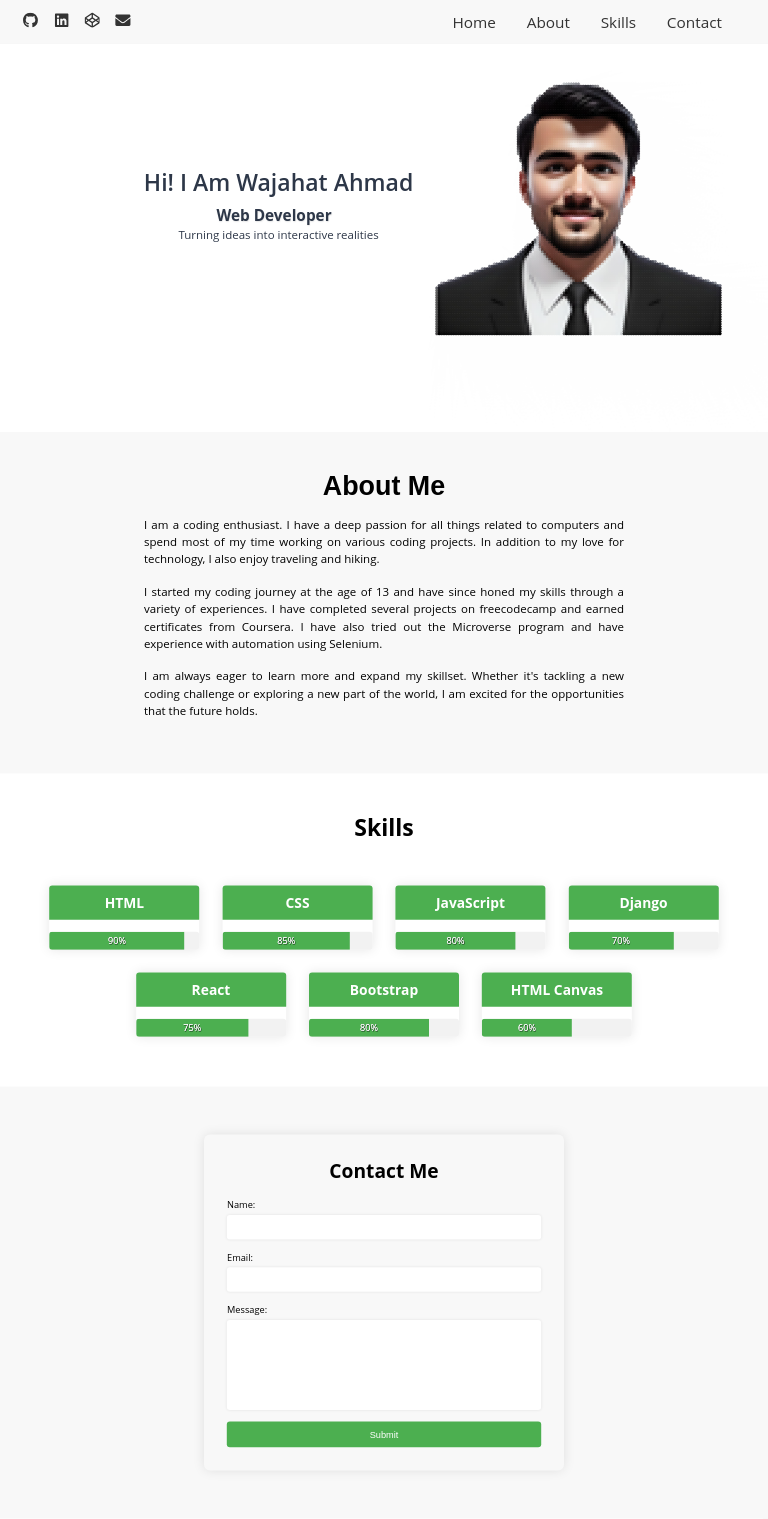
Repository: WajahatKanju/wajahatkanju.github.io
Page: /
An editor plug-in stored every save of this project. The page is shown before and after the next save, followed by the edit.
The browser window is 1280 px wide. The pictures show the whole page, at 60% of full size.
The project was rebuilt for these pictures with package versions that can differ from the ones it lists, and the page was loaded fresh each time. Also part of the build but not shown: vite.config.js.

Above is the page before, as saved 2023-05-05 18:35:51.

After the next save:
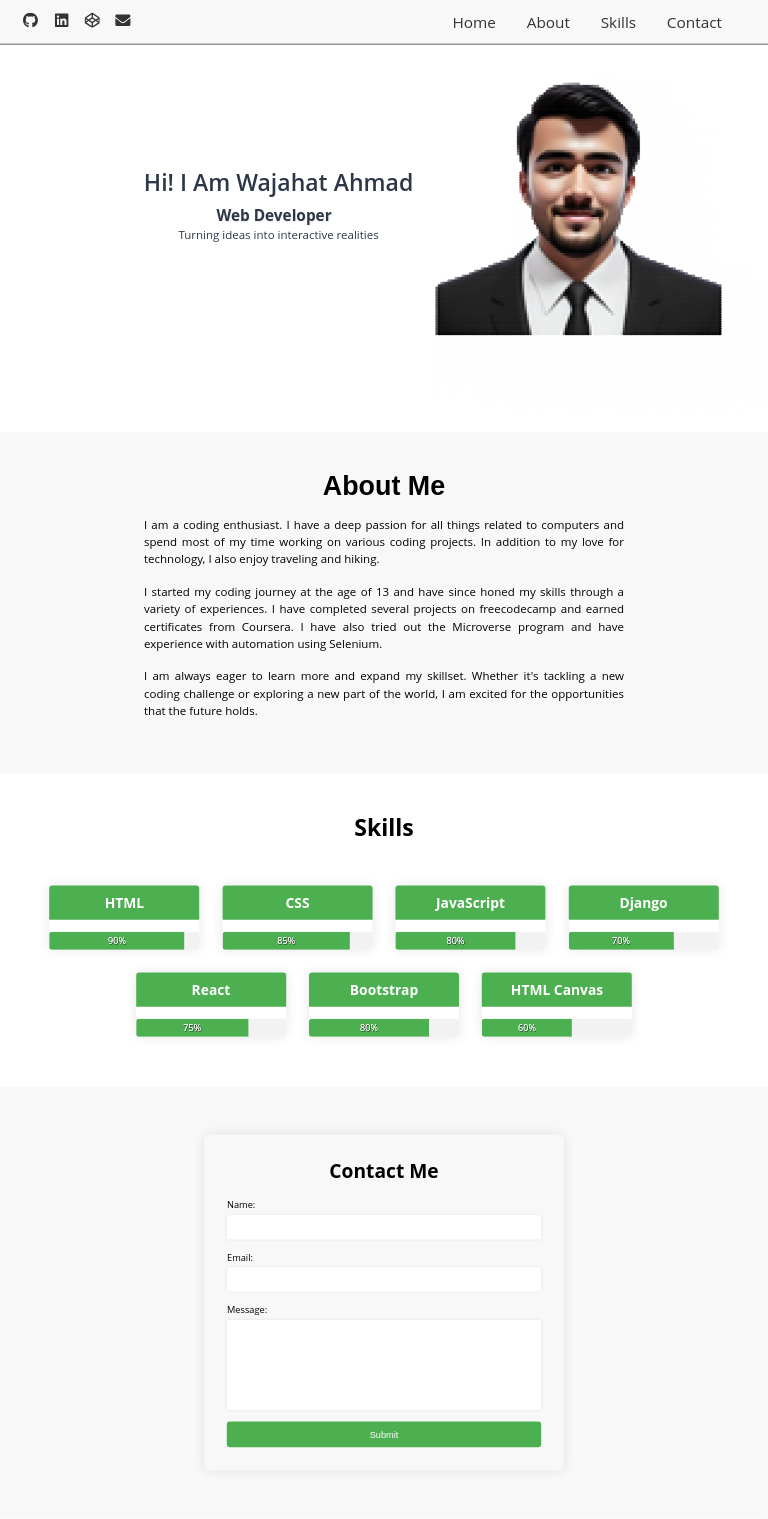
Saved 15 s later.
--- a/src/styles/Navigation.scss
+++ b/src/styles/Navigation.scss
@@ -4,7 +4,7 @@
   align-items: center;
   padding: 1.5rem 3rem;
   background-color: #F8F8F8;
-
+  border-bottom: 1px solid black;
 
   position: fixed;
   top: 0;

After the save that followed:
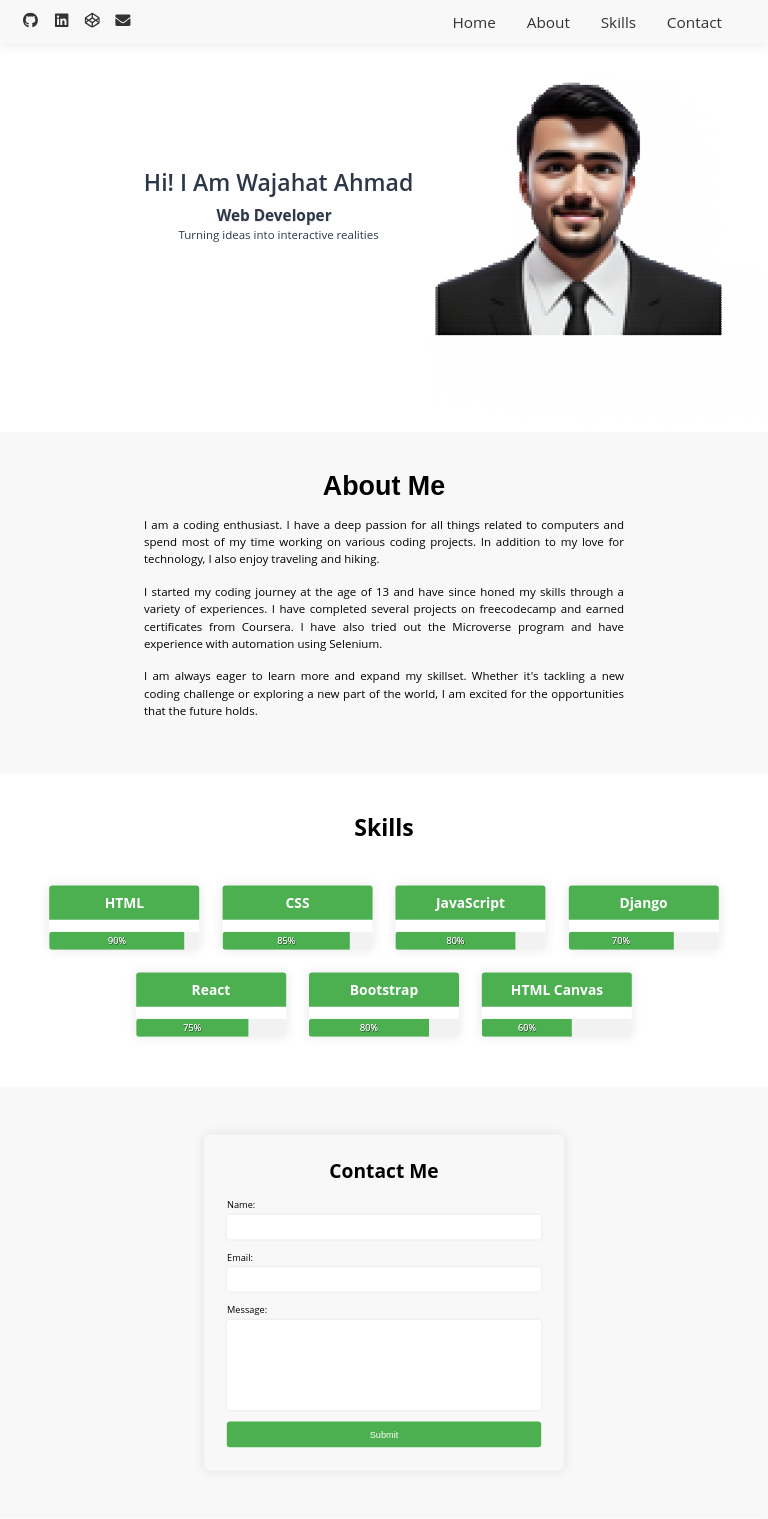
Saved 30 s later.
--- a/src/styles/Navigation.scss
+++ b/src/styles/Navigation.scss
@@ -4,7 +4,7 @@
   align-items: center;
   padding: 1.5rem 3rem;
   background-color: #F8F8F8;
-  border-bottom: 1px solid black;
+  box-shadow: 0 0 20px rgba(0, 0, 0, 0.1);
 
   position: fixed;
   top: 0;
